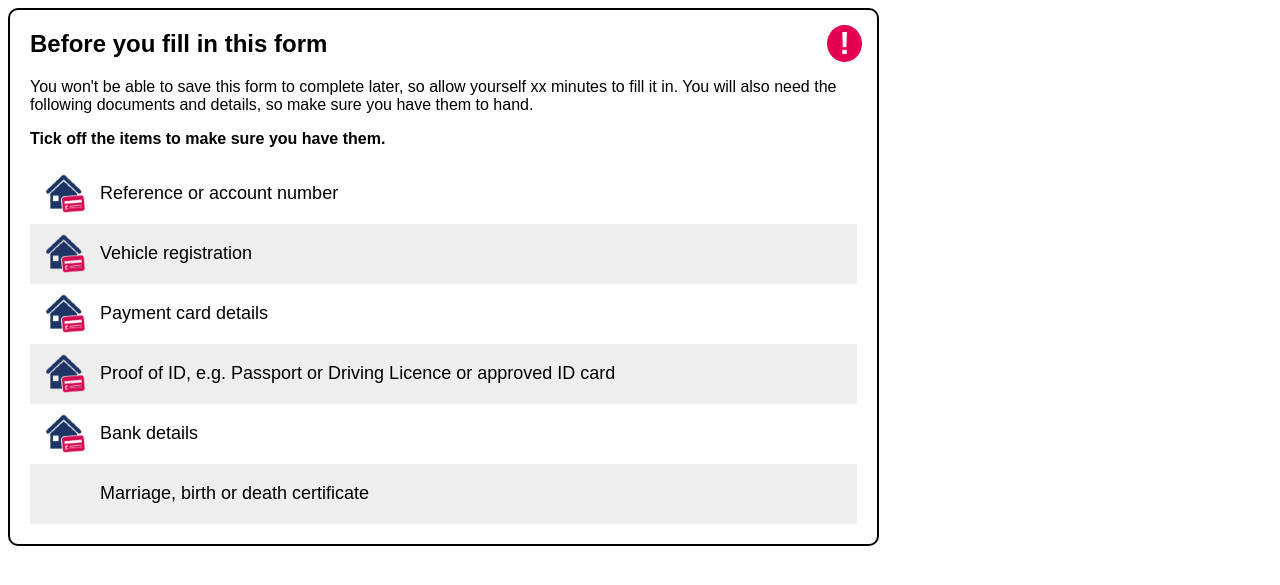
Repository: DigitalExperienceTeam/formchecklist
Page: index.html
The author's editor kept a record of every edit. The page is drawn from the files as they stood at one moment, then again after the next edit.
The browser window is 1280 px wide. The pictures show the whole page.

Above is the page before.

### index.html
<!DOCTYPE html>
<html lang="en">

<head>
    <meta charset="UTF-8">
    <meta name="viewport" content="width=device-width, initial-scale=1.0">
    <meta http-equiv="X-UA-Compatible" content="ie=edge">
    <script src="https://ajax.googleapis.com/ajax/libs/jquery/3.4.1/jquery.min.js"></script>
    <script type="text/javascript" src="checklist.js"></script>
    <link rel="stylesheet" href="style.css" type="text/css" />
    <title>Document</title>
</head>

<body>
<div class="checklist">
    <div class="exclamation">!</div>
  <h2>Before you fill in this form</h2>
  <p>You won't be able to save this form to complete later, so allow yourself xx minutes to fill it in. You will also need the following documents and details, so make sure you have them to hand.</p>

<p><strong>Tick off the items to make sure you have them.</strong></p>
<ul>
  <li class="reference">Reference or account number</li>
  <li class="registration">Vehicle registration</li>
  <li class="payment">Payment card details</li>
  <li class="proof">Proof of ID, e.g. Passport or Driving Licence or approved ID card</li>
  <li class="bank">Bank details</li>
  <li class="certificate">Marriage, birth or death certificate</li>
</ul>

</div>
</body>

</html>

### checklist.js
$( document ).ready(function() {

    $( "li" ).click(function() {

  $(this).toggleClass("checked");
});


});

### style.css

/* Include the padding and border in an element's total width and height */
* {
  box-sizing: border-box;
}

body {
    max-width: 871px;
    font-family: "franklin-gothic-urw",sans-serif;
}

.checklist {
    border: 2px solid #000;
    padding: 20px;
    border-radius: 10px;
    position: relative;
}

.exclamation {
    position: absolute;
    right: 15px;
    top: 15px;
    font-size: 2em;
    font-weight: bold;
    border-radius: 50%;
    padding: 0 12px;
    color: #fff;
    background-color: #e60054;
}

.checklist h2 {
    margin-top: 0;
}

/* Remove margins and padding from the list */
.checklist ul {
  margin: 0;
  padding: 0;
}

/* Style the list items */
.checklist ul li {
  cursor: pointer;
  position: relative;
  padding: 12px 8px 12px 70px;
  background: #eee;
  font-size: 18px;
  transition: 0.2s;
  list-style-type: none;
  min-height: 60px;
line-height: 35px;

  /* make the list items unselectable */
  -webkit-user-select: none;
  -moz-user-select: none;
  -ms-user-select: none;
  user-select: none;
}

/* Set all odd list items to a different color (zebra-stripes) */
.checklist ul li:nth-child(odd) {
  background: #fff;
}

/* Darker background-color on hover */
.checklist ul li:hover {
  background: #ddd;
}

.checklist ul li::before {
 ;
    padding-right: 10px;
      position: absolute;
        top: 10px;
  left: 16px;
  line-height: 0;
}

.checklist ul li.reference::before {
 content: url("Taxsmall.png");
}

.checklist ul li.registration::before {
 content: url("Taxsmall.png");
}

.checklist ul li.payment::before {
 content: url("Taxsmall.png");
}

.checklist ul li.proof::before {
 content: url("Taxsmall.png");
}

.checklist ul li.bank::before {
 content: url("Taxsmall.png");
}

.checklist ul li.reference::before {
 content: url("Taxsmall.png");
}

     <li class="reference">Reference or account number</li>
  <li class="registration">Vehicle registration</li>
  <li class="payment">Payment card details</li>
  <li class="proof">Proof of ID, e.g. Passport or Driving Licence or approved ID card</li>
  <li class="bank">Bank details</li>
  <li class="certificate">Marriage, birth or death certificate</li>
</ul>



/* When clicked on, add a background color and strike out text */
.checklist ul li.checked {
  background: #d8e3ed;

}



/* Add a "checked" mark when clicked on */
ul li.checked::after {
  content: '\2713';
  padding-left: 10px;
  font-weight: 900;
  font-size: 1.5em;
  line-height: 0;

}

After the next edit:
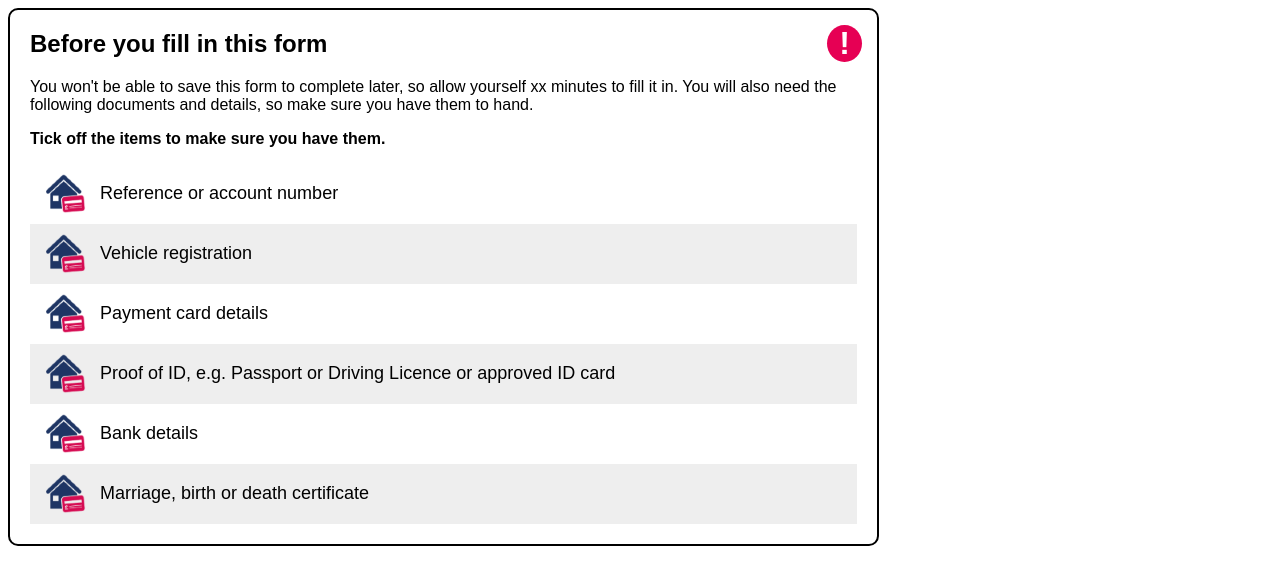
The edit:
--- a/style.css
+++ b/style.css
@@ -96,7 +96,7 @@
  content: url("Taxsmall.png");
 }
 
-.checklist ul li.reference::before {
+.certificate::before {
  content: url("Taxsmall.png");
 }
 
